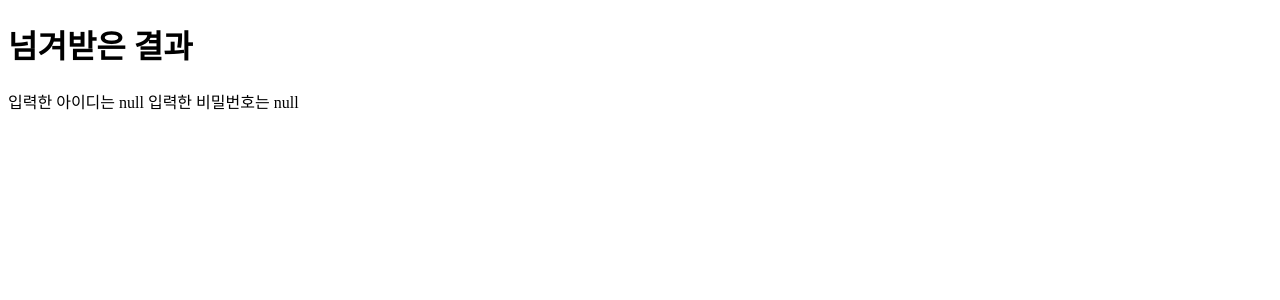
Repository: godnjchs/JSPData
Page: http://localhost/JSPProject/memberCheck.jsp
These files come from the project's save history. The page is drawn as it stood at one moment and after the next save; the edit follows.
The browser window is 1280 px wide. The pictures show the whole page.
The page is served by Tomcat 9.

Above is the page before, as saved 2020-03-17 06:29:40.

### JSPProject/WebContent/memberCheck.jsp
<%@ page language="java" contentType="text/html; charset=UTF-8"
    pageEncoding="UTF-8" trimDirectiveWhitespaces ="true" %>
<%
		String Id = request.getParameter("UserId");
		String PassWord = request.getParameter("UserPwd");

	%>
<!DOCTYPE html>
<html>
<head>
<meta charset="UTF-8">
<title>memberCheck</title>
</head>
<body>
	<h1>넘겨받은 결과</h1>
	<div>
		입력한 아이디는 <%=Id %>
		입력한 비밀번호는 <%=PassWord %>
	</div>

</body>
</html>

After the next save:
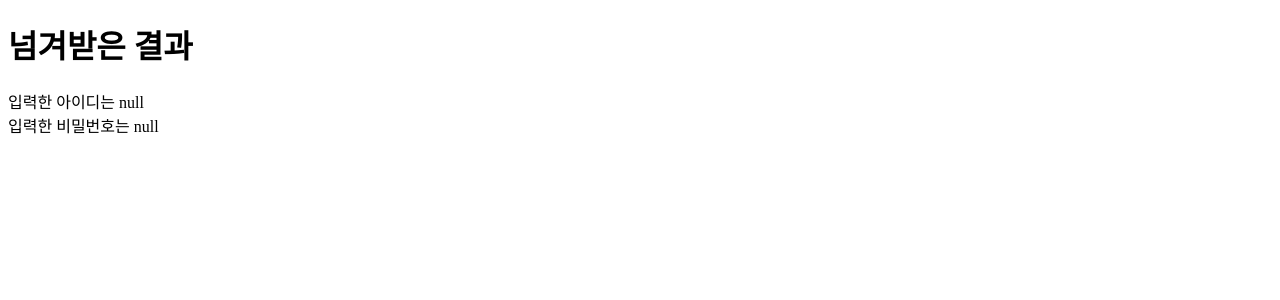
Saved 17 s later.
--- a/JSPProject/WebContent/memberCheck.jsp
+++ b/JSPProject/WebContent/memberCheck.jsp
@@ -14,8 +14,8 @@
 <body>
 	<h1>넘겨받은 결과</h1>
 	<div>
-		입력한 아이디는 <%=Id %>
-		입력한 비밀번호는 <%=PassWord %>
+		입력한 아이디는 <%=Id %>  		<br />
+		입력한 비밀번호는 <%=PassWord %> <br />
 	</div>
 
 </body>
